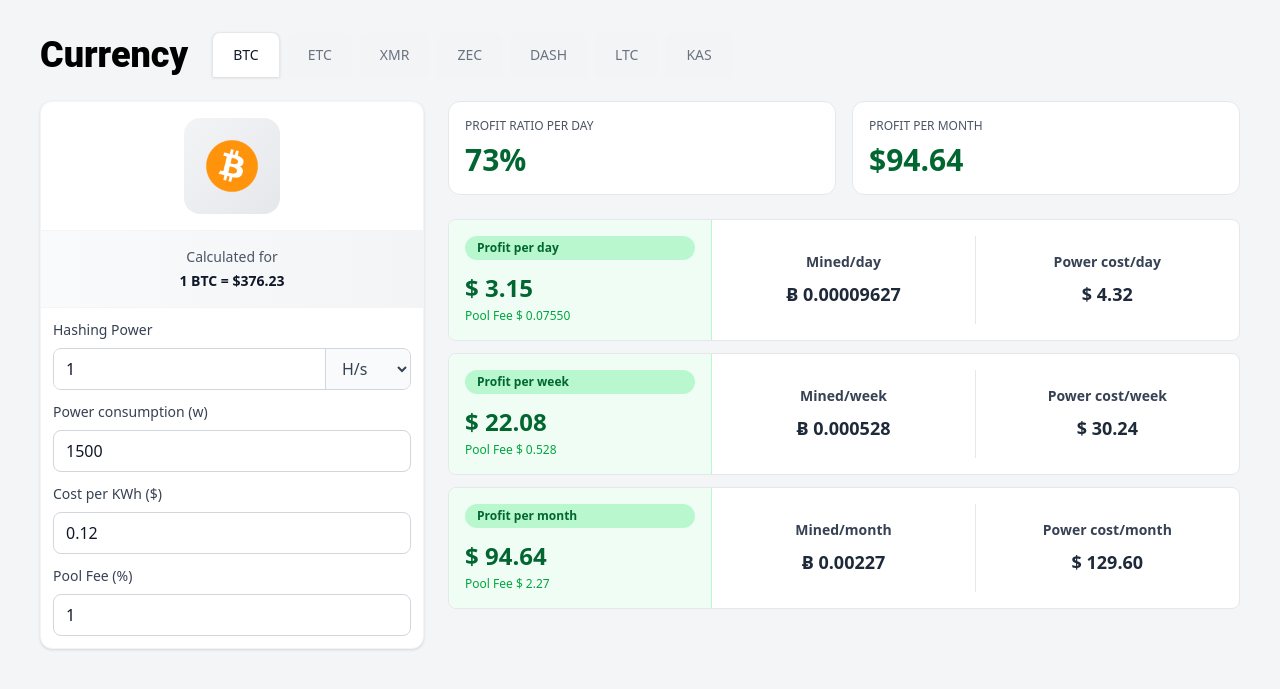
Repository: Bilal-Ahmad-CodeMaster/crypto-proj
Page: /
The author's editor kept a copy of each file at every save. The page is drawn from the files as they stood at one save, then again after the next save.
The browser window is 1280 px wide. The pictures show the whole page.
The project was rebuilt for these pictures with package versions that can differ from the ones it lists, and the page was loaded fresh each time. The framework's server and built-in components were replaced by stand-ins that run in the browser. Also part of the build but not shown: next.config.ts.

Above is the page before, as saved 2025-11-25 22:34:53.

### src/app/layout.tsx
import './globals.css'
import React from 'react'


export const metadata = {
  title: 'Mining Dashboard',
}


export default function RootLayout({ children }: { children: React.ReactNode }) {
  return (
    <html lang="en">
      <body>
        {children}
      </body>
    </html>
  )
}

### src/app/page.tsx
'use client'
import React, { useState } from 'react'
import Tabs from './components/Tabs'
import HashingForm from './components/HashingForm'
import ResultCards from './components/ResultCards'


const currencies = [
  { id: 'btc', label: 'BTC' },
  { id: 'etc', label: 'ETC' },
  { id: 'xmr', label: 'XMR' },
  { id: 'zec', label: 'ZEC' },
  { id: 'dash', label: 'DASH' },
  { id: 'ltc', label: 'LTC' },
  { id: 'kas', label: 'KAS' }
]


export default function Page() {
  const [active, setActive] = useState('btc')


  return (
    <main className="min-h-screen p-8 bg-[#f3f5f7]">
      <div className="max-w-[1200px] mx-auto">
        <header className="flex items-center gap-6 mb-6">
          <h1 className="text-4xl font-extrabold text-black" style={{ fontFamily: '"Lobster", Roboto, Arial' }}>
            Currency
          </h1>
          <nav className="flex-1">
            <Tabs active={active} setActive={setActive} tabs={currencies} />
          </nav>
        </header>


        <div className="grid grid-cols-1 lg:grid-cols-3 gap-6">
          <div>
            <HashingForm active={active} />
          </div>


          <div className="lg:col-span-2">
            <ResultCards active={active} />
          </div>
        </div>
      </div>
    </main>
  )
}

### src/app/globals.css
@import "tailwindcss";

/* Small helpers to match the design exactly */
body {
  @apply bg-gray-50 font-sans text-gray-900 antialiased;
}

/* Hide focus indicators for all form inputs */
input:focus,
select:focus {
  outline: none !important;
  box-shadow: none;
}
.hashing-form input:focus,
.hashing-form select:focus {
  outline: none;

  box-shadow: none;
}
/* Chrome, Safari, Edge */
input[type="number"]::-webkit-inner-spin-button,
input[type="number"]::-webkit-outer-spin-button {
  -webkit-appearance: none;
  margin: 0;
}

### src/app/components/Tabs.tsx
'use client'
import React from 'react'

export default function Tabs({ active, setActive, tabs }: { active: string; setActive: (s: string) => void; tabs: { id: string; label: string }[] }) {
    return (
        <div className="flex gap-2 items-end">
            {tabs.map(t => (
                <button
                    key={t.id}
                    onClick={() => setActive(t.id)}
                    className={`px-5 py-3 rounded-t-lg text-sm font-medium transition-all ${active === t.id
                            ? 'bg-white text-gray-900 border-t border-l border-r border-gray-200 shadow-sm'
                            : 'text-gray-500 hover:text-gray-700 bg-gray-100 hover:bg-gray-200'
                        }`}
                    style={{ minWidth: 56 }}
                >
                    {t.label}
                </button>
            ))}
        </div>
    )
}

### src/app/components/HashingForm.tsx
'use client'
import Image from 'next/image'
import React from 'react'

export default function HashingForm({ active }: { active: string }) {
    return (
        <div className="bg-white rounded-xl shadow-sm border border-gray-100 overflow-hidden">
            <div className="p-4 border-b border-gray-100 flex items-center justify-center">
                <div className="w-24 h-24 bg-linear-to-br from-gray-100 to-gray-200 rounded-2xl flex items-center justify-center p-4">
                    <Image
                        src={`/${active.toLowerCase()}.png`}
                        alt="logo"
                        width={64}
                        height={64}
                        className="object-contain"
                    />
                </div>
            </div>

            <div className="bg-linear-to-r from-gray-50 to-gray-100 text-center py-4 text-sm text-gray-600 border-b border-gray-100">
                Calculated for
                <div className="font-semibold text-gray-900 mt-1">1 {active.toUpperCase()} = $376.23</div>
            </div>

            <div className="p-3 space-y-3">
                <div>
                    <label className="block text-sm font-medium text-gray-700 mb-2">Hashing Power</label>
                    <div className="flex rounded-lg overflow-hidden border border-gray-300 focus-within:ring-2 focus-within:ring-blue-500 focus-within:border-blue-500 transition-all">
                        <input
                            type="number"
                            defaultValue={1}
                            className="flex-1 px-3 py-2 outline-none bg-white"
                        />
                        <select className="px-3 py-2 bg-gray-50 border-l border-gray-300 text-gray-700">
                            <option>H/s</option>
                            <option>KH/s</option>
                            <option>MH/s</option>
                            <option>GH/s</option>
                            <option>TH/s</option>
                        </select>
                    </div>
                </div>

                <div>
                    <label className="block text-sm font-medium text-gray-700 mb-2">Power consumption (w)</label>
                    <input
                        className="w-full px-3 py-2 border border-gray-300 rounded-lg focus:ring-2 focus:ring-blue-500 focus:border-blue-500 transition-all"
                        defaultValue={1500} type="number"
                    />
                </div>

                <div>
                    <label className="block text-sm font-medium text-gray-700 mb-2">Cost per KWh ($)</label>
                    <input
                        className="w-full px-3 py-2 border border-gray-300 rounded-lg focus:ring-2 focus:ring-blue-500 focus:border-blue-500 transition-all"
                        defaultValue={0.12} type="number"
                    />
                </div>

                <div>
                    <label className="block text-sm font-medium text-gray-700 mb-2">Pool Fee (%)</label>
                    <input
                        className="w-full px-3 py-2 border border-gray-300 rounded-lg focus:ring-2 focus:ring-blue-500 focus:border-blue-500 transition-all"
                        defaultValue={1} type="number"
                    />
                </div>
            </div>
        </div>
    )
}

### src/app/components/ResultCards.tsx
'use client'
import React from 'react'

interface StatRowProps {
    title: string;
    money: string;
    mined: string;
    powerCost: string;
    poolFee: string;
    positive?: boolean;
}

function StatRow({ title, money, mined, powerCost, poolFee, positive = true }: StatRowProps) {
    return (
        <div className="mb-3 rounded-lg border border-gray-200 bg-white hover:shadow-sm transition-all">
            <div className="flex">
                {/* First part with background color */}
                <div className={`w-1/3 p-4 rounded-l-lg ${positive ? 'bg-green-50 border-r border-green-200' : 'bg-red-50 border-r border-red-200'}`}>
                    <div className={`text-xs font-semibold px-3 py-1 rounded-full ${positive ? 'bg-green-200 text-green-800' : 'bg-red-200 text-red-800'} mb-3`}>
                        Profit per {title.toLowerCase()}
                    </div>
                    <div className={`text-2xl font-bold mb-1 ${positive ? 'text-green-800' : 'text-red-800'}`}>{money}</div>
                    <div className={`text-xs ${positive ? 'text-green-600' : 'text-red-600'}`}>Pool Fee {poolFee}</div>
                </div>

                {/* Second and third parts without background color */}
                <div className="flex-1 grid grid-cols-2 items-center">
                    {/* Mined Column */}
                    <div className="text-center border-r border-gray-200 py-4">
                        <div className="text-sm font-semibold text-gray-700 mb-2">Mined/{title.toLowerCase()}</div>
                        <div className="text-lg font-bold text-gray-800">{mined}</div>
                    </div>

                    {/* Power Cost Column */}
                    <div className="text-center py-4">
                        <div className="text-sm font-semibold text-gray-700 mb-2">Power cost/{title.toLowerCase()}</div>
                        <div className="text-lg font-bold text-gray-800">{powerCost}</div>
                    </div>
                </div>
            </div>
        </div>
    )
}

export default function ResultCards({ active }: { active: string }) {
    const positive = active !== 'etc'

    // Get currency symbol based on active tab
    const getCurrencySymbol = () => {
        switch (active.toLowerCase()) {
            case 'btc': return 'Ƀ'
            case 'etc': return 'Ξ'
            case 'xmr': return 'ɱ'
            case 'zec': return 'ⓩ'
            case 'dash': return 'Đ'
            case 'ltc': return 'Ł'
            case 'kas': return 'Ҝ'
            default: return 'Ƀ'
        }
    }

    const currencySymbol = getCurrencySymbol()

    return (
        <div>
            {/* Summary Cards */}
            <div className="grid grid-cols-2 gap-4 mb-6">
                <div className="rounded-xl p-4 border border-gray-200 bg-white">
                    <div className="text-xs font-medium text-gray-600 mb-2">
                        PROFIT RATIO PER DAY
                    </div>
                    <div className={`text-3xl font-bold ${positive ? 'text-green-800' : 'text-red-800'}`}>
                        {positive ? '73%' : '-70%'}
                    </div>
                </div>

                <div className="rounded-xl p-4 border border-gray-200 bg-white">
                    <div className="text-xs font-medium text-gray-600 mb-2">
                        PROFIT PER MONTH
                    </div>
                    <div className={`text-3xl font-bold ${positive ? 'text-green-800' : 'text-red-800'}`}>
                        {positive ? '$94.64' : '$ -90.66'}
                    </div>
                </div>
            </div>

            {/* Time Period Cards */}
            <div>
                <StatRow
                    title="Day"
                    money="$ 3.15"
                    mined={`${currencySymbol} 0.00009627`}
                    powerCost="$ 4.32"
                    poolFee="$ 0.07550"
                    positive={positive}
                />
                <StatRow
                    title="Week"
                    money="$ 22.08"
                    mined={`${currencySymbol} 0.000528`}
                    powerCost="$ 30.24"
                    poolFee="$ 0.528"
                    positive={positive}
                />
                <StatRow
                    title="Month"
                    money="$ 94.64"
                    mined={`${currencySymbol} 0.00227`}
                    powerCost="$ 129.60"
                    poolFee="$ 2.27"
                    positive={positive}
                />
            </div>
        </div>
    )
}

After the next save:
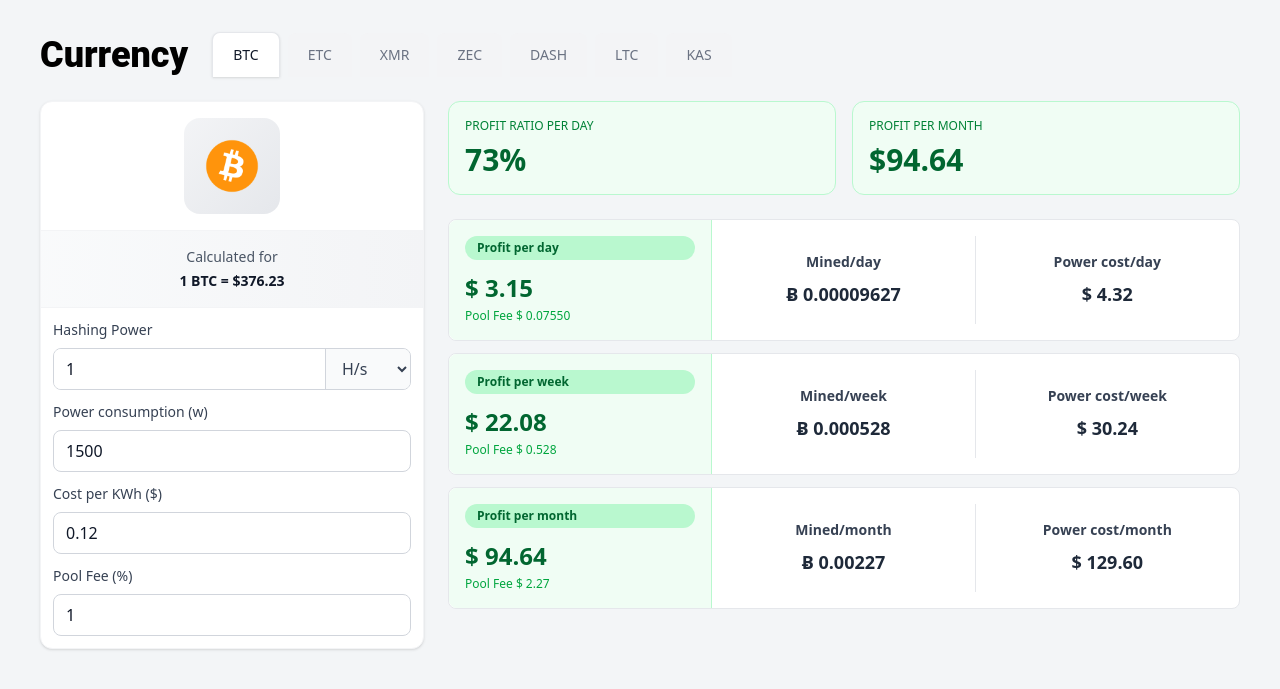
Saved 68 s later.
--- a/src/app/components/ResultCards.tsx
+++ b/src/app/components/ResultCards.tsx
@@ -65,8 +65,8 @@
         <div>
             {/* Summary Cards */}
             <div className="grid grid-cols-2 gap-4 mb-6">
-                <div className="rounded-xl p-4 border border-gray-200 bg-white">
-                    <div className="text-xs font-medium text-gray-600 mb-2">
+                <div className={`rounded-xl p-4 border ${positive ? 'bg-green-50 border-green-200' : 'bg-red-50 border-red-200'}`}>
+                    <div className={`text-xs font-medium ${positive ? 'text-green-700' : 'text-red-700'} mb-2`}>
                         PROFIT RATIO PER DAY
                     </div>
                     <div className={`text-3xl font-bold ${positive ? 'text-green-800' : 'text-red-800'}`}>
@@ -74,8 +74,8 @@
                     </div>
                 </div>
 
-                <div className="rounded-xl p-4 border border-gray-200 bg-white">
-                    <div className="text-xs font-medium text-gray-600 mb-2">
+                <div className={`rounded-xl p-4 border ${positive ? 'bg-green-50 border-green-200' : 'bg-red-50 border-red-200'}`}>
+                    <div className={`text-xs font-medium ${positive ? 'text-green-700' : 'text-red-700'} mb-2`}>
                         PROFIT PER MONTH
                     </div>
                     <div className={`text-3xl font-bold ${positive ? 'text-green-800' : 'text-red-800'}`}>
